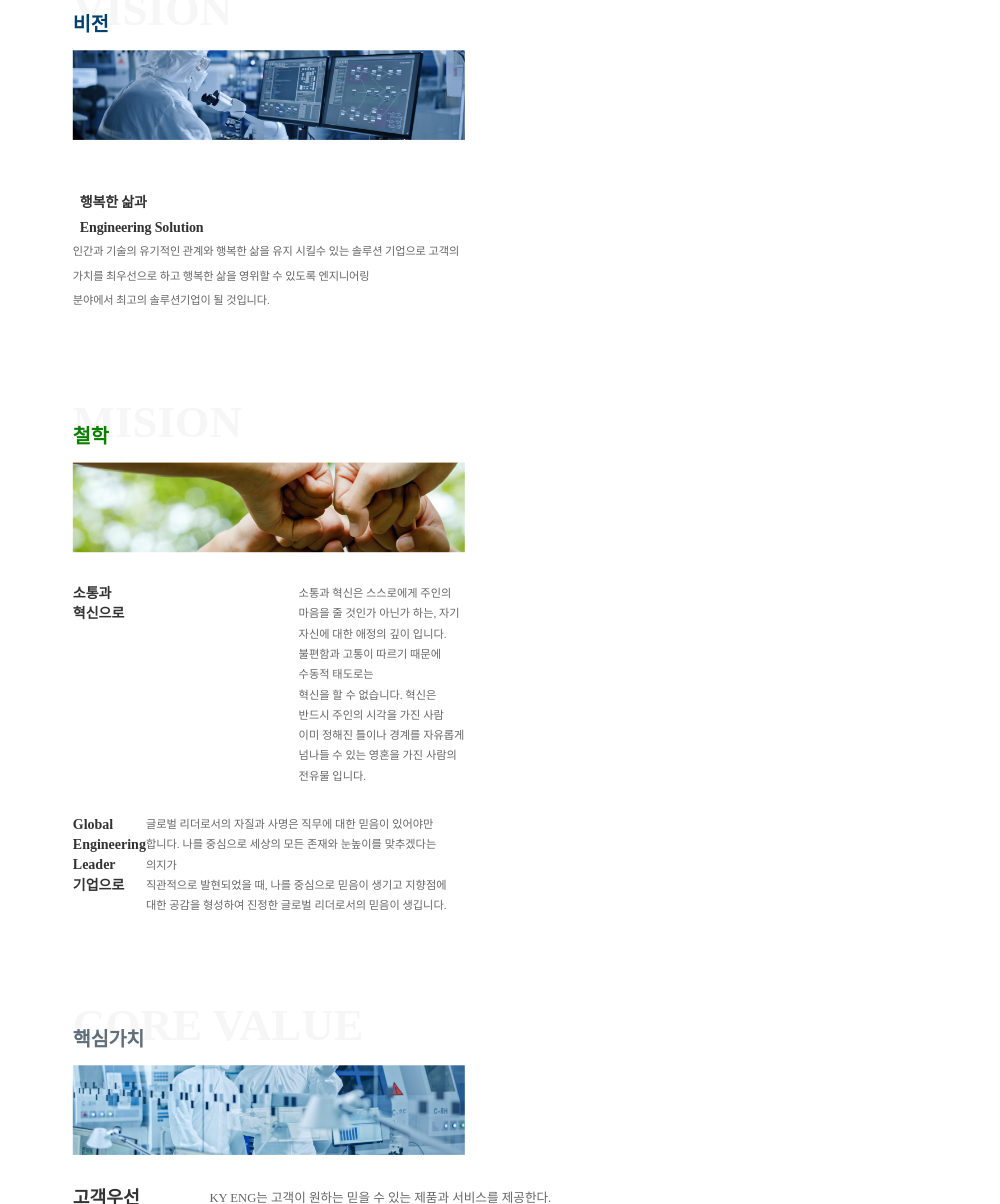
Repository: wogml3270/kumyoungENG
Page: sub/about/about_company.html
These files come from the project's save history. The page is drawn as it stood at one moment and after the next save; the edit follows.
The browser window is 768 px wide. The page is 1429 px wide, so the pictures cover 1429 px, including what lies to the right of the window. The pictures show the part of the page from y = 847 to 2567 px (the page is 3141 px tall before and 3113 px after), at 70% of full size.
Some web fonts or font styles are not loaded; a fallback is used.

Above is the page before, as saved 2022-07-25 11:50:55.

After the next save:
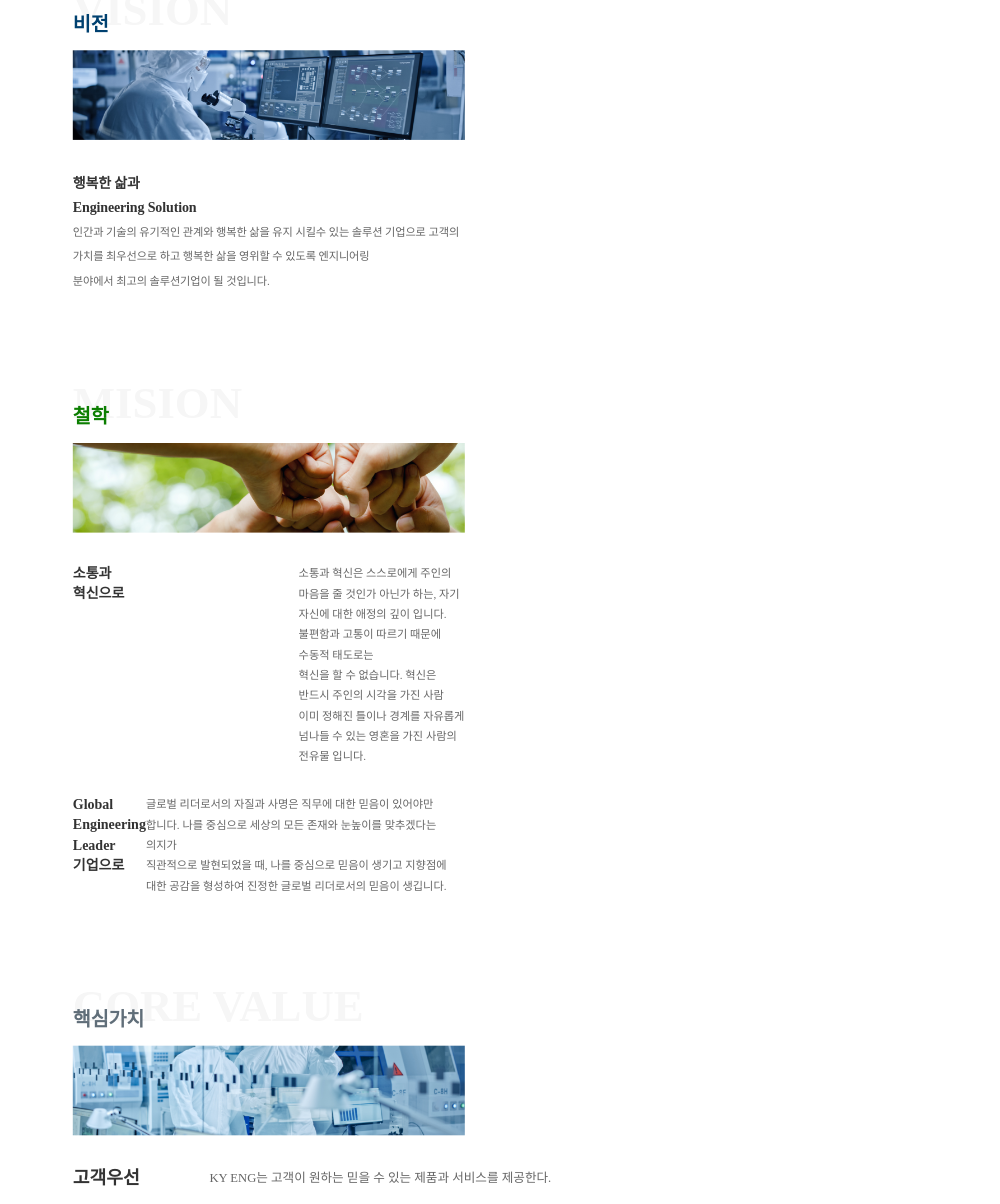
Saved 41 s later.
--- a/sub/css/about_company.css
+++ b/sub/css/about_company.css
@@ -172,8 +172,6 @@
       flex-direction: column;
   }
   .firsttx > p:nth-child(1) {
-    margin-top: 28px;
-    margin-left: 10px;
     padding-right: 50px;
     font-size: 20px;
   }
